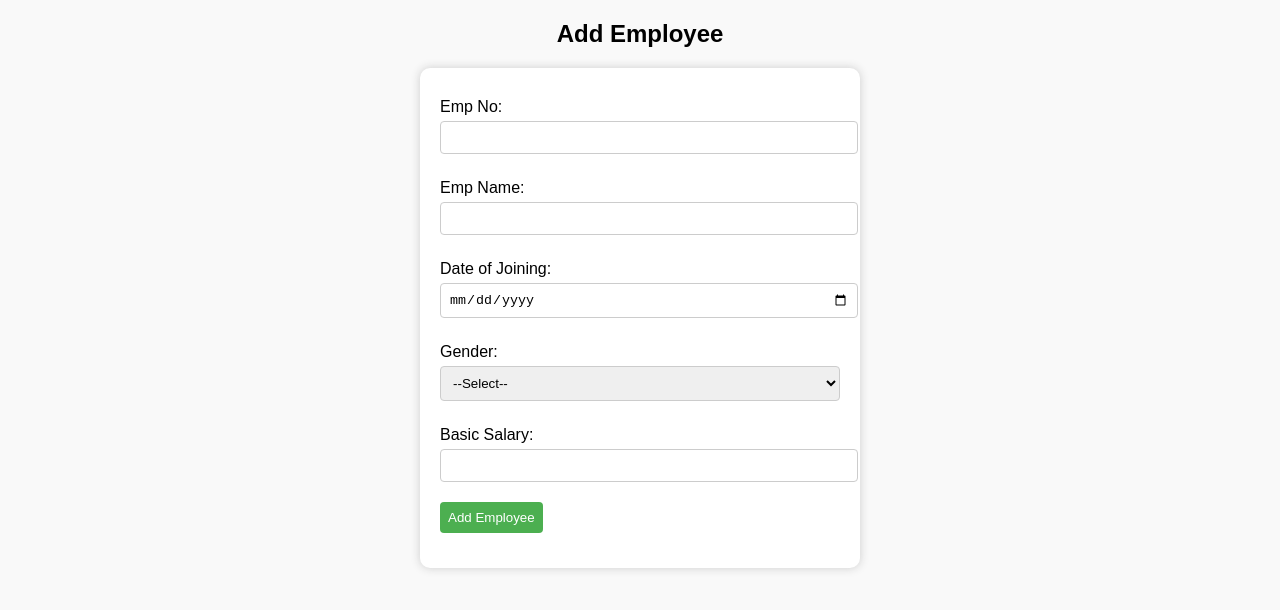
Repository: sweekrithishetty28/Employee_Salary_Management
Page: http://localhost/EmployeeWebApp/empadd.jsp
These files come from the project's save history. The page is drawn as it stood at one moment and after the next save; the edit follows.
The browser window is 1280 px wide. The pictures show the whole page.
The page is served by Tomcat 9.

Above is the page before, as saved 2025-05-24 11:01:44.

After the next save:
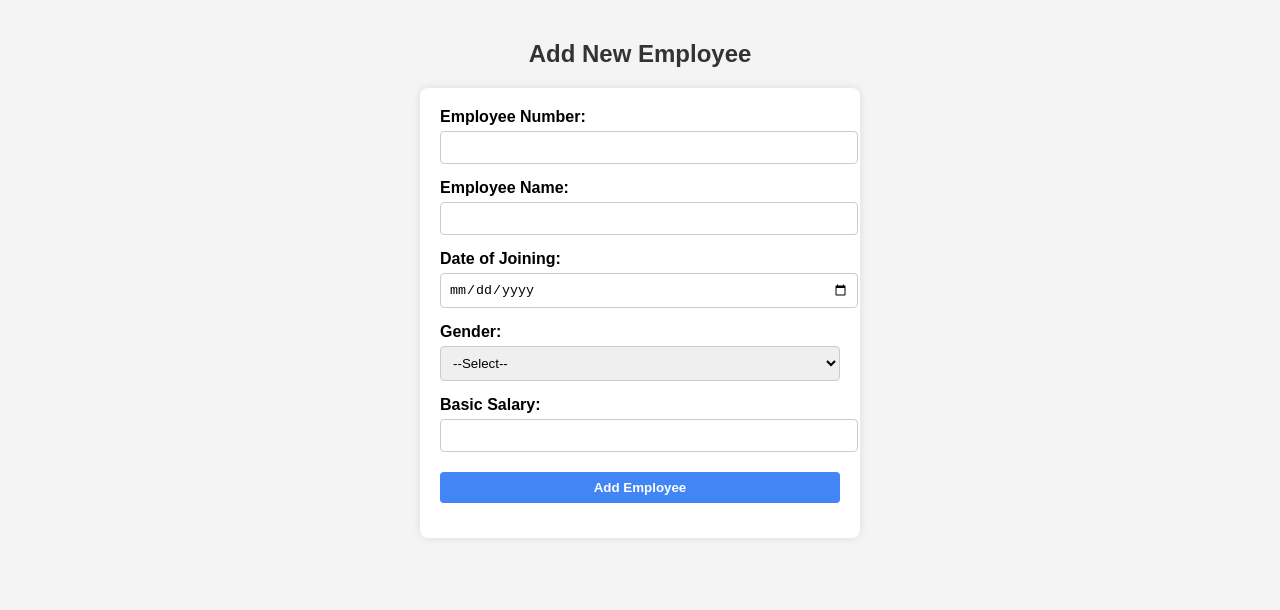
Saved 27 min 36 s later.
--- a/Employee Salary Mangement/EmployeeWebApp/src/main/webapp/empadd.jsp
+++ b/Employee Salary Mangement/EmployeeWebApp/src/main/webapp/empadd.jsp
@@ -4,10 +4,27 @@
 <head>
     <title>Add Employee</title>
     <style>
-        body { font-family: Arial; margin: 20px; background-color: #f9f9f9; }
-        h2 { text-align: center; }
-        form { width: 400px; margin: auto; background: #fff; padding: 20px; border-radius: 10px; box-shadow: 0px 0px 10px #ccc; }
-        label { margin-top: 10px; display: block; }
+        body {
+            font-family: Arial, sans-serif;
+            margin: 40px;
+            background-color: #f4f4f4;
+        }
+        h2 {
+            text-align: center;
+            color: #333;
+        }
+        form {
+            background-color: #fff;
+            width: 400px;
+            padding: 20px;
+            margin: 0 auto;
+            border-radius: 8px;
+            box-shadow: 0px 0px 8px rgba(0, 0, 0, 0.1);
+        }
+        label {
+            font-weight: bold;
+            margin-top: 10px;
+        }
         input, select {
             width: 100%;
             padding: 8px;
@@ -17,49 +34,65 @@
             border-radius: 4px;
         }
         input[type="submit"] {
-            background-color: #4CAF50;
+            background-color: #4285F4;
             color: white;
+            cursor: pointer;
+            font-weight: bold;
             border: none;
-            cursor: pointer;
-            width: auto;
         }
-        .message { color: green; text-align: center; margin-top: 10px; }
-        .error { color: red; text-align: center; margin-top: 10px; }
+        input[type="submit"]:hover {
+            background-color: #357AE8;
+        }
+        .message, .error {
+            text-align: center;
+            font-size: 16px;
+            margin-top: 20px;
+        }
+        .message {
+            color: green;
+        }
+        .error {
+            color: red;
+        }
     </style>
 </head>
 <body>
+    <h2>Add New Employee</h2>
+    <form action="add" method="post">
+        <label for="empno">Employee Number:</label>
+        <input type="number" name="empno" id="empno" required>
 
-    <h2>Add Employee</h2>
+        <label for="empName">Employee Name:</label>
+        <input type="text" name="empName" id="empName" required>
 
-    <form action="add" method="post">
-        <label>Emp No:</label>
-        <input type="number" name="empno" required />
+        <label for="doj">Date of Joining:</label>
+        <input type="date" name="doj" id="doj" required>
 
-        <label>Emp Name:</label>
-        <input type="text" name="empName" required />
-
-        <label>Date of Joining:</label>
-        <input type="date" name="doj" required />
-
-        <label>Gender:</label>
-        <select name="gender" required>
+        <label for="gender">Gender:</label>
+        <select name="gender" id="gender" required>
             <option value="">--Select--</option>
             <option value="Male">Male</option>
             <option value="Female">Female</option>
         </select>
 
-        <label>Basic Salary:</label>
-        <input type="number" name="bsalary" step="0.01" required />
+        <label for="bsalary">Basic Salary:</label>
+        <input type="number" name="bsalary" id="bsalary" step="0.01" required>
 
-        <input type="submit" value="Add Employee" />
+        <input type="submit" value="Add Employee">
     </form>
 
-    <div class="message">
-        <%= request.getAttribute("message") != null ? request.getAttribute("message") : "" %>
-    </div>
-    <div class="error">
-        <%= request.getAttribute("error") != null ? request.getAttribute("error") : "" %>
-    </div>
-
+    <%
+        String message = (String) request.getAttribute("message");
+        String error = (String) request.getAttribute("error");
+        if (message != null) {
+    %>
+        <div class="message"><%= message %></div>
+    <%
+        } else if (error != null) {
+    %>
+        <div class="error"><%= error %></div>
+    <%
+        }
+    %>
 </body>
 </html>
